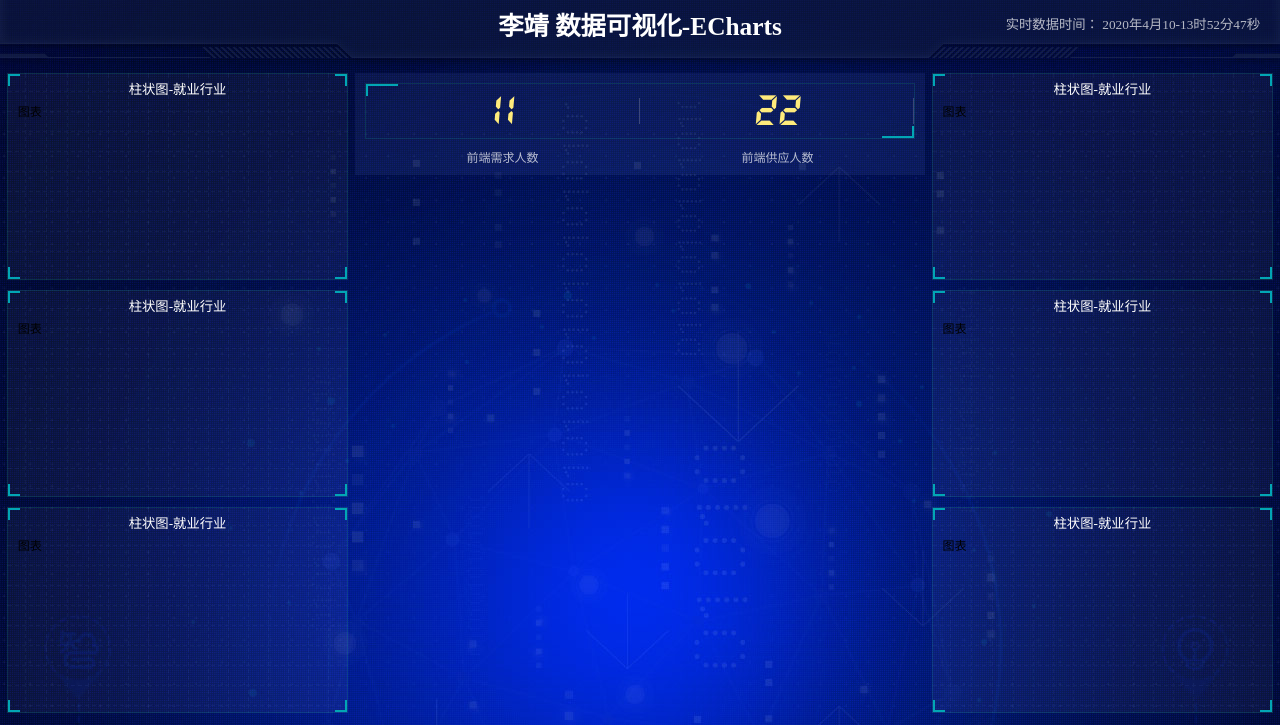
Repository: Jasonlee6789/ECharts
Page: Echarts/index.html
An editor plug-in stored every save of this project. The page is shown before and after the next save, followed by the edit.
The browser window is 1280 px wide. The pictures show the whole page.
The style sheet was rebuilt from its Sass, Less or Tailwind sources for each picture, by a compiler version that may differ from the author's.

Above is the page before, as saved 2020-05-21 16:33:53.
Console error: ReferenceError: tme is not defined

After the next save:
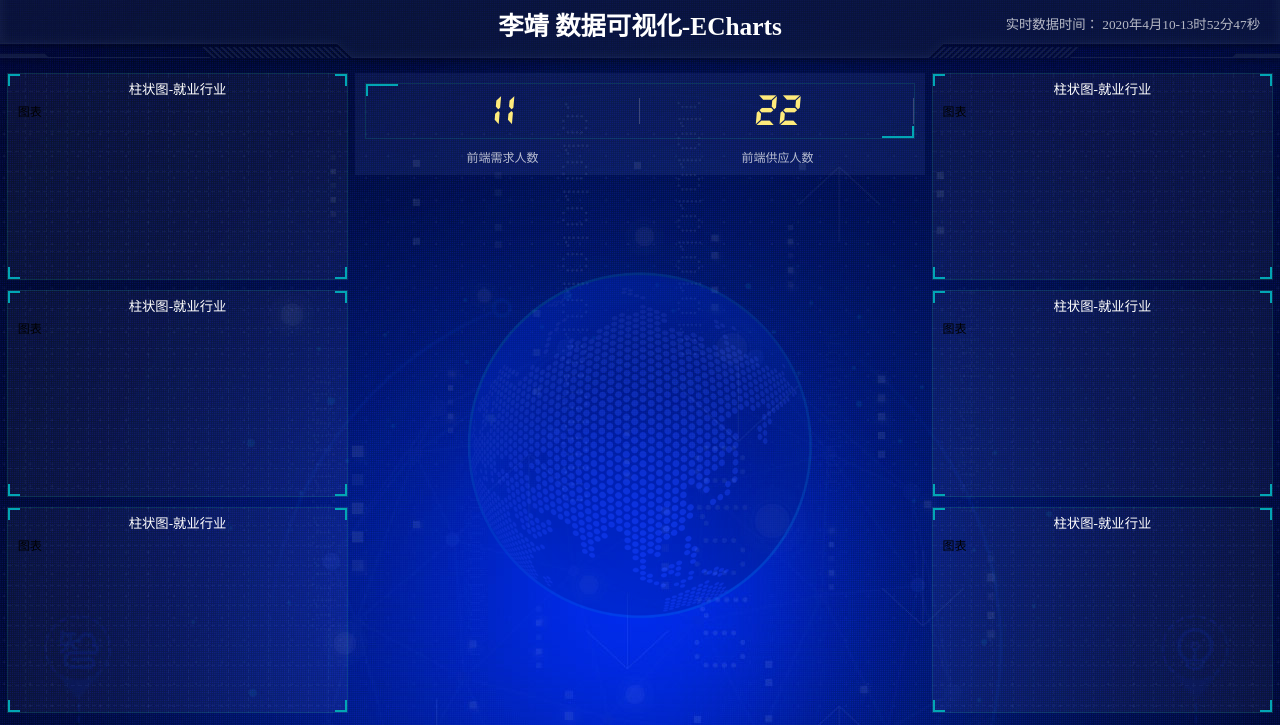
Saved 57 s later.
--- a/Echarts/index.html
+++ b/Echarts/index.html
@@ -69,7 +69,7 @@
             </div>
 
             <div class="map">
-
+                <div class="map1"></div>
             </div>
         </div>
 
